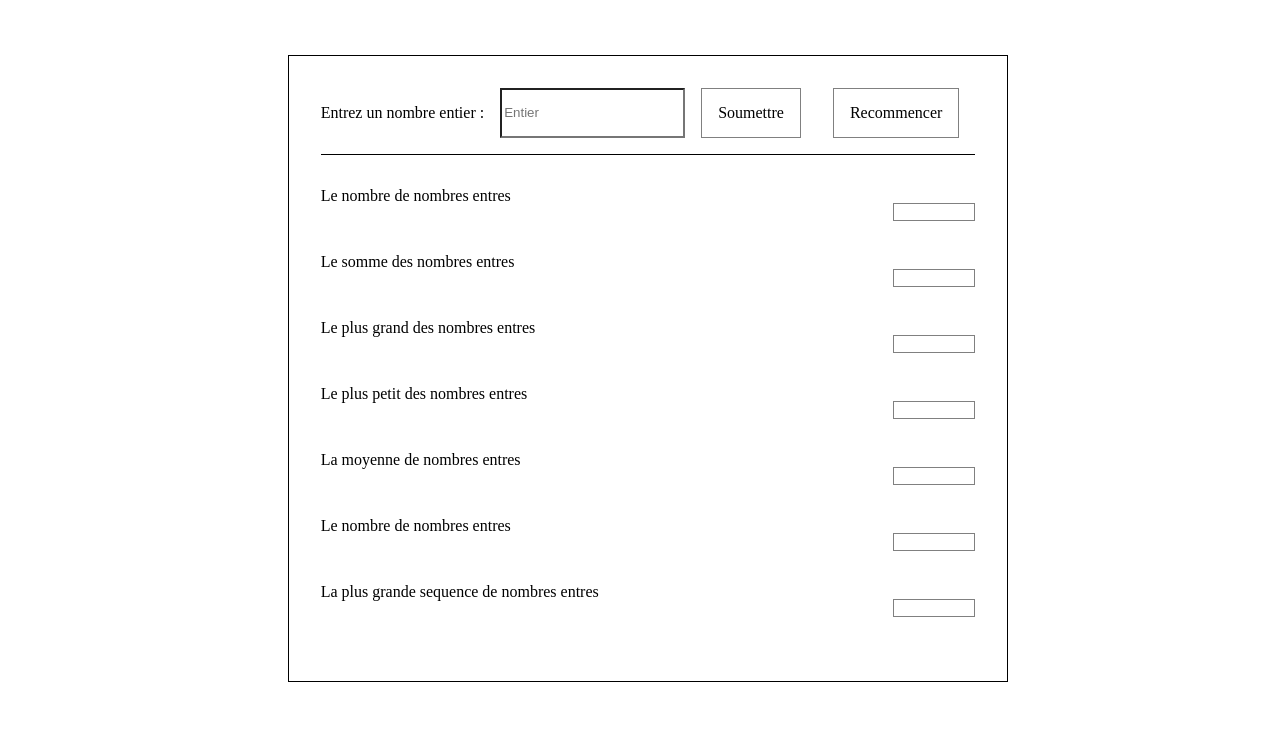
Repository: Thomas088/asbl-proforma
Page: exercices/js/ex-01/index.html
An editor plug-in stored every save of this project. The page is shown before and after the next save, followed by the edit.
The browser window is 1280 px wide. The page is 1288 px wide, so the pictures cover 1288 px, including what lies to the right of the window. The pictures show the whole page.

Above is the page before, as saved 2020-03-20 01:59:14.

After the next save:
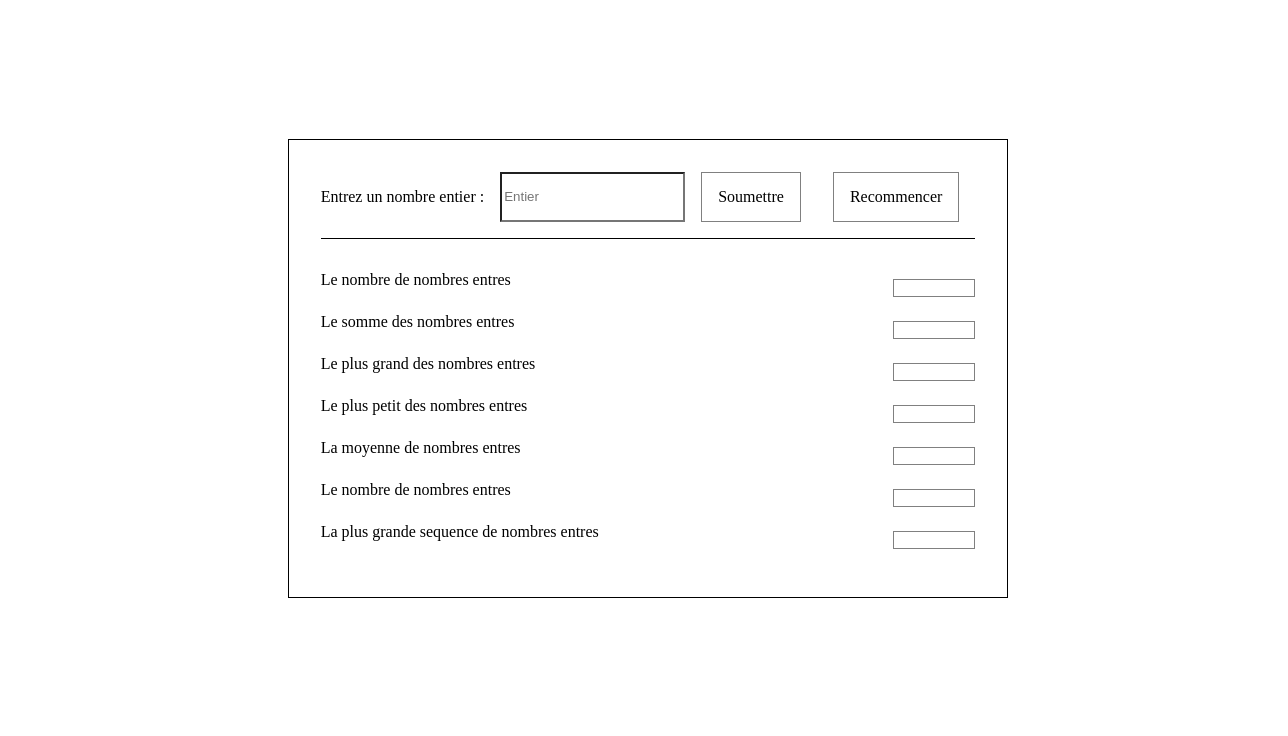
Saved 8 s later.
--- a/exercices/js/ex-01/style.css
+++ b/exercices/js/ex-01/style.css
@@ -46,5 +46,5 @@ body {
 .entries div {
     display: flex;
     justify-content: space-between;
-    margin: 1rem 0;
+    margin: 0.5rem 0;
 }
